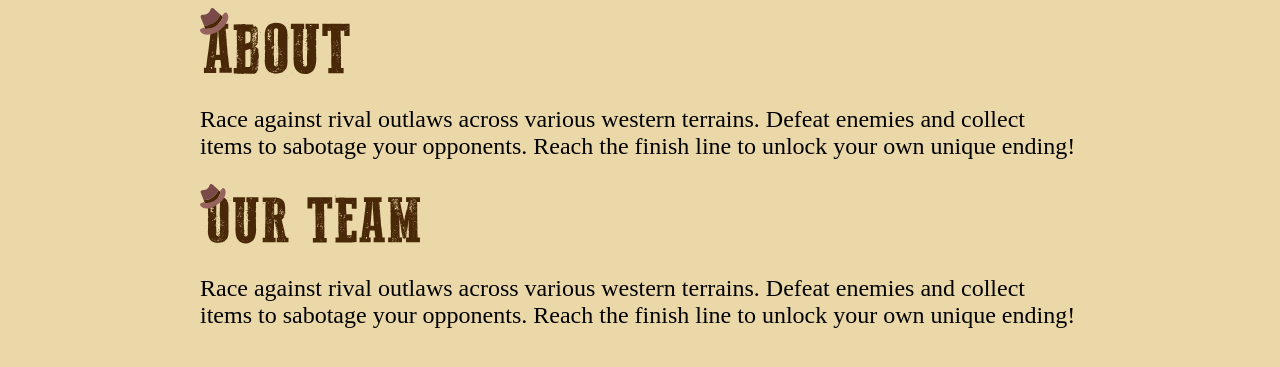
Repository: AlyssaHug/Bandit-Breakout
Page: index.html
These files come from the project's save history. The page is drawn as it stood at one moment and after a run of saves; the edit follows.
The browser window is 1280 px wide. The pictures show the whole page.
Some web fonts or font styles are not loaded; a fallback is used.

Above is the page before, as saved 2025-05-06 12:20:35.

After the next 4 saves:
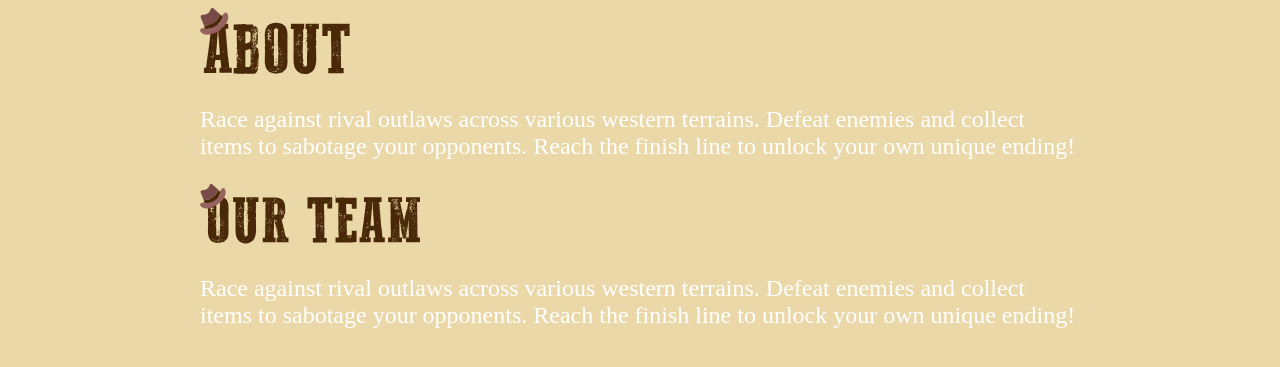
The 4 saves are shown as one change because they came seconds apart.
The last was saved 11 s later.
--- a/styles.css
+++ b/styles.css
@@ -28,7 +28,7 @@ html {
 }
 
 .main_section{
-  background-color: blackEAD8A9;
+  background-color: #EAD8A9;
 }
 .about_section-heading {
     width: 150px;
@@ -36,6 +36,7 @@ html {
 .about_section-text {
     font-size: var(--font-size-h4);
     font-family: var(--font-wellfleet);
+    color: white;
 }
 
 .team_section-heading {
